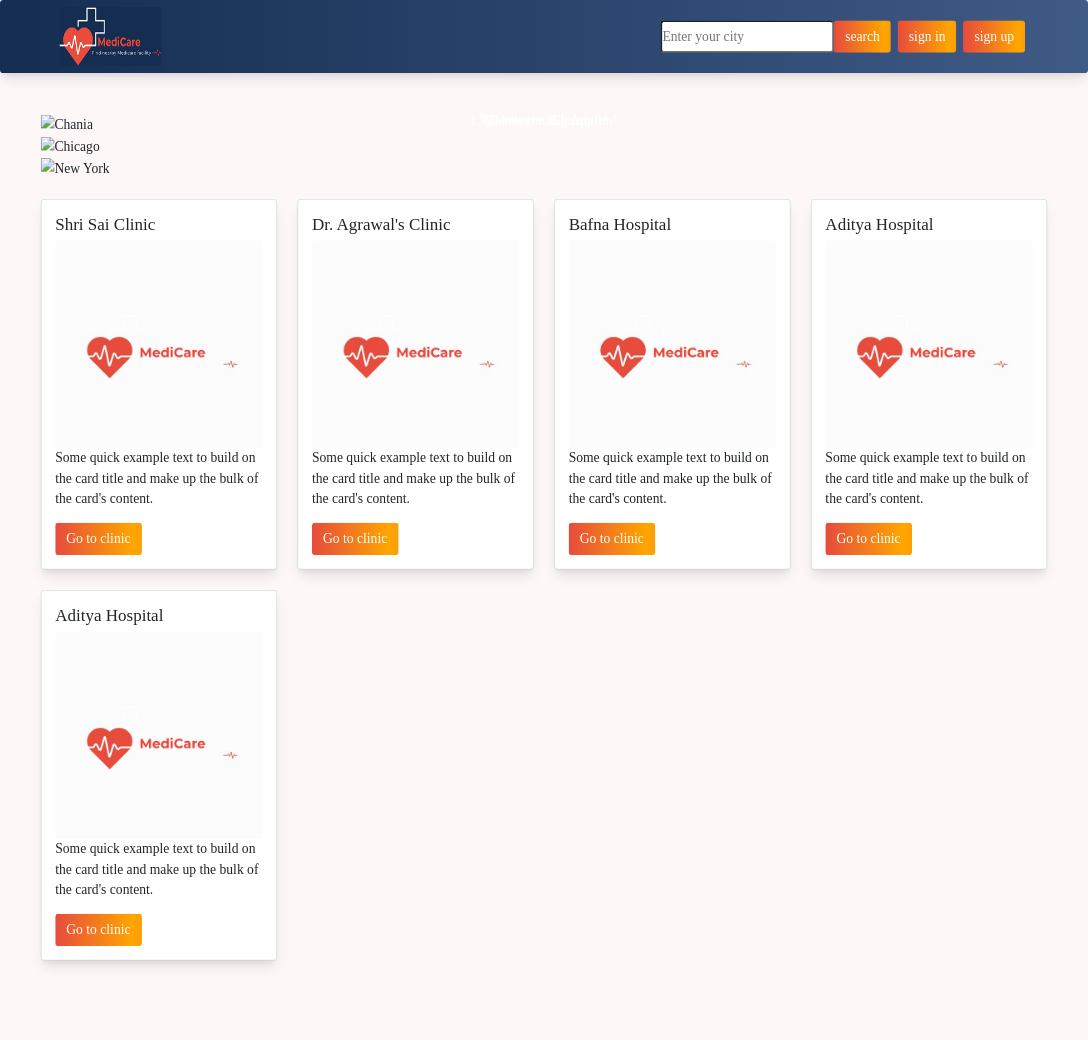
Repository: TanviRathore/Online-medicare-backend
Page: Medicare/WebContent/index.html
These files come from the project's save history. The page is drawn as it stood at one moment and after the next save; the edit follows.
The browser window is 1280 px wide. The pictures show the whole page, at 85% of full size.
Some icons come from a web library that is not loaded, so they are not drawn. Some web libraries are served in a nearby version.

Above is the page before, as saved 2022-04-12 09:21:45.
Console error (its wording comes from the project's code and is left out).
Not found: Medicare/WebContent/chicago.jpg
Not found: Medicare/WebContent/la.jpg
Not found: Medicare/WebContent/ny.jpg

### Medicare/WebContent/index.html
<!DOCTYPE html>
<html lang="en">
<head>
    <meta charset="UTF-8">
    <meta http-equiv="X-UA-Compatible" content="IE=edge">
    <meta name="viewport" content="width=device-width, initial-scale=1.0">
    <link rel="icon" href="./assets/logo$.png" type="image/icon type">
    <link rel="stylesheet" href="style.css">
    <!-- CSS only -->
    <link href="https://cdn.jsdelivr.net/npm/bootstrap@5.1.0/dist/css/bootstrap.min.css" rel="stylesheet"
        integrity="sha384-KyZXEAg3QhqLMpG8r+8fhAXLRk2vvoC2f3B09zVXn8CA5QIVfZOJ3BCsw2P0p/We" crossorigin="anonymous">
    <!-- icons -->
    <link rel="stylesheet" href="https://pro.fontawesome.com/releases/v5.10.0/css/all.css"
        integrity="sha384-AYmEC3Yw5cVb3ZcuHtOA93w35dYTsvhLPVnYs9eStHfGJvOvKxVfELGroGkvsg+p" crossorigin="anonymous" />
         <script src="https://maxcdn.bootstrapcdn.com/bootstrap/3.4.1/js/bootstrap.min.js"></script>
    <title>Medicare</title>
</head>
<body style="background-color: rgb(253, 247, 247); font-family: 'Satisfy', cursive; overflow-x: hidden;">

    <header>
        <nav class="navbar navbar-expand-md rounded d-flex justify-content-between">
            <div style="height:70px; width: 120px;">
                <div style="width: 100%; height: 100%;">
                    <img src="./assets/Logo (2).png" alt="logo" style="width:100%; height: 100%; background-size: 200% auto;" class="rounded"/>
                </div>
            </div>
            <div class="d-flex flex-row justify-content-between">
                <div>
                    <form class="d-flex flex-row m-1" action="city.jsp">
                        <input type="text" name="city" placeholder="Enter your city" class="rounded" required/>
                        <input type="submit" value="search" class="rounded btn text-white"/>
                    </form>
                </div>
                <div>
                    <a class="btn button-outline-none text-white m-1" href="signin.html">
                        sign in
                    </a>
                </div>
                <div>
                    <a class="btn button-outline-none text-white m-1" href="signup.html">
                        sign up
                    </a>
                </div>
            </div>
        </nav>
    </header>

    <main class="conatiner m-5">
	    <div id="myCarousel" class="carousel slide" data-ride="carousel">
  <!-- Indicators -->
  <ol class="carousel-indicators">
    <li data-target="#myCarousel" data-slide-to="0" class="active"></li>
    <li data-target="#myCarousel" data-slide-to="1"></li>
    <li data-target="#myCarousel" data-slide-to="2"></li>
  </ol>

  <!-- Wrapper for slides -->
  <div class="carousel-inner">
    <div class="item active">
      <img src="la.jpg" alt="Chania">
      <div class="carousel-caption">
        <h3>Los Angeles</h3>
        <p>LA is always so much fun!</p>
      </div>
    </div>

    <div class="item">
      <img src="chicago.jpg" alt="Chicago">
      <div class="carousel-caption">
        <h3>Chicago</h3>
        <p>Thank you, Chicago!</p>
      </div>
    </div>

    <div class="item">
      <img src="ny.jpg" alt="New York">
      <div class="carousel-caption">
        <h3>New York</h3>
        <p>We love the Big Apple!</p>
      </div>
    </div>
  </div>

  <!-- Left and right controls -->
  <a class="left carousel-control" href="#myCarousel" data-slide="prev">
    <span class="glyphicon glyphicon-chevron-left"></span>
    <span class="sr-only">Previous</span>
  </a>
  <a class="right carousel-control" href="#myCarousel" data-slide="next">
    <span class="glyphicon glyphicon-chevron-right"></span>
    <span class="sr-only">Next</span>
  </a>
</div>
        <div class="row">
            <div class=" col-3 gap-5 mt-4">
                <div class="card">
                    <div class="card-body">
                      <h5 class="card-title">Shri Sai Clinic</h5>
                      <img class="card-img-top" src="./assets/Logo 500x500 px.jpeg" alt="Card image cap">
                      <p class="card-text">Some quick example text to build on the card title and make up the bulk of the card's content.</p>
                      <a href="page.jsp" class="btn text-white">Go to clinic</a>
                    </div>
                </div>
            </div>
            <div class=" col-3  gap-5 mt-4">
                <div class="card">
                    <div class="card-body">
                      <h5 class="card-title">Dr. Agrawal's Clinic</h5>
                      <img class="card-img-top" src="./assets/Logo 500x500 px.jpeg" alt="Card image cap">
                      <p class="card-text">Some quick example text to build on the card title and make up the bulk of the card's content.</p>
                      <a href="page.jsp" class="btn text-white">Go to clinic</a>
                    </div>
                </div>
            </div>
            <div class=" col-3  gap-5 mt-4">
                <div class="card">
                    <div class="card-body">
                      <h5 class="card-title">Bafna Hospital</h5>
                      <img class="card-img-top" src="./assets/Logo 500x500 px.jpeg" alt="Card image cap">
                      <p class="card-text">Some quick example text to build on the card title and make up the bulk of the card's content.</p>
                      <a href="page.jsp" class="btn text-white">Go to clinic</a>
                    </div>
                </div>
            </div>
            <div class=" col-3  gap-5 mt-4">
                <div class="card">
                    <div class="card-body">
                      <h5 class="card-title">Aditya Hospital</h5>
                      <img class="card-img-top" src="./assets/Logo 500x500 px.jpeg" alt="Card image cap">
                      <p class="card-text">Some quick example text to build on the card title and make up the bulk of the card's content.</p>
                      <a href="page.html" class="btn text-white">Go to clinic</a>
                    </div>
                </div>
            </div>
            <div class=" col-3  gap-5 mt-4">
                <div class="card">
                    <div class="card-body">
                      <h5 class="card-title">Aditya Hospital</h5>
                      <img class="card-img-top" src="./assets/Logo 500x500 px.jpeg" alt="Card image cap">
                      <p class="card-text">Some quick example text to build on the card title and make up the bulk of the card's content.</p>
                      <a href="page.html" class="btn text-white">Go to clinic</a>
                    </div>
                </div>
            </div>
        </div>
    </main>

</body>
</html>

### Medicare/WebContent/style.css
* {
    margin: 0;
    padding: 0;
    box-sizing: border-box;
}

.navbar{
    background-image: linear-gradient(to right,
    rgb(21,45,81) 0%,
    rgb(71, 100, 145) 60%,
    rgb(21,45,81)  100%);
    background-color: rgb(21,45,81);
    padding: 10px 70px ;
    background-size: 200% auto; transition: 0.5s;
    box-shadow: 0 10px 15px -3px rgb(0 0 0 / 10%), 0 4px 6px -2px rgb(0 0 0 / 5%);
}

.btn{
    background-image: linear-gradient(to right,
                    rgb(231,76,60) 0%,
                    rgb(255, 166, 0) 45%,
                    rgb(231,76,60)  100%);
    color: white;
    background-size: 200% auto; transition: 0.5s;
}


.btn:hover{
    background-position: right center;
    color: white;
}

.card{
    box-shadow: 0 10px 15px -3px rgb(0 0 0 / 10%), 0 4px 6px -2px rgb(0 0 0 / 5%);
}

.col{
	box-shadow: 0 10px 15px -3px rgb(0 0 0 / 10%), 0 4px 6px -2px rgb(0 0 0 / 5%);
	transition: transform 2s;
}

.col:hover{
	transform: scaleY(1.5);
}

#map {
  height: 400px;
  /* The height is 400 pixels */
  width: 100%;
  /* The width is the width of the web page */
}

After the next save:
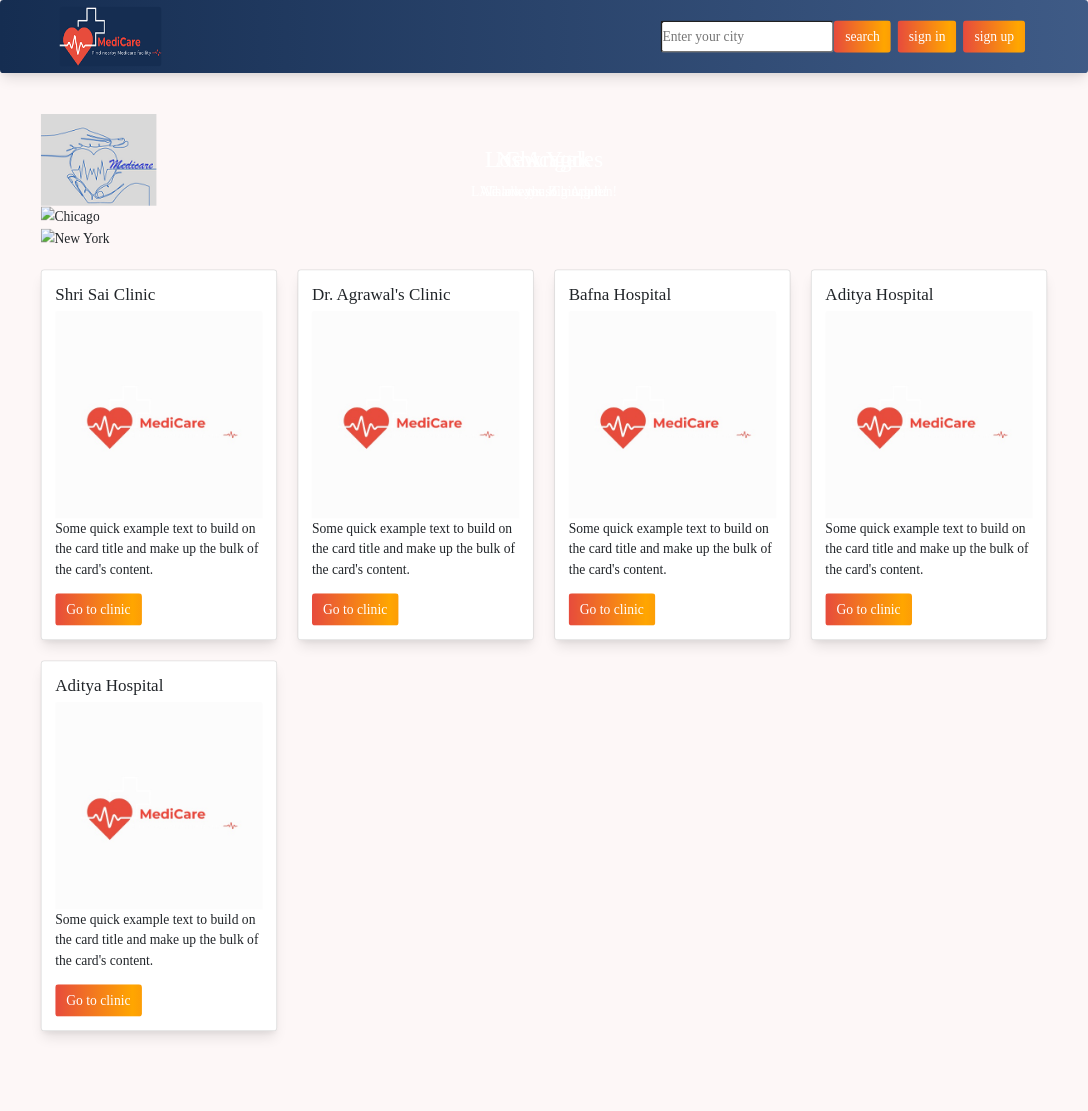
Saved 48 s later.
--- a/Medicare/WebContent/index.html
+++ b/Medicare/WebContent/index.html
@@ -46,7 +46,7 @@
     </header>
 
     <main class="conatiner m-5">
-	    <div id="myCarousel" class="carousel slide" data-ride="carousel">
+	   <div id="myCarousel" class="carousel slide" data-ride="carousel">
   <!-- Indicators -->
   <ol class="carousel-indicators">
     <li data-target="#myCarousel" data-slide-to="0" class="active"></li>
@@ -57,7 +57,7 @@
   <!-- Wrapper for slides -->
   <div class="carousel-inner">
     <div class="item active">
-      <img src="la.jpg" alt="Chania">
+      <img src="./images/logo.png" alt="Chania">
       <div class="carousel-caption">
         <h3>Los Angeles</h3>
         <p>LA is always so much fun!</p>
